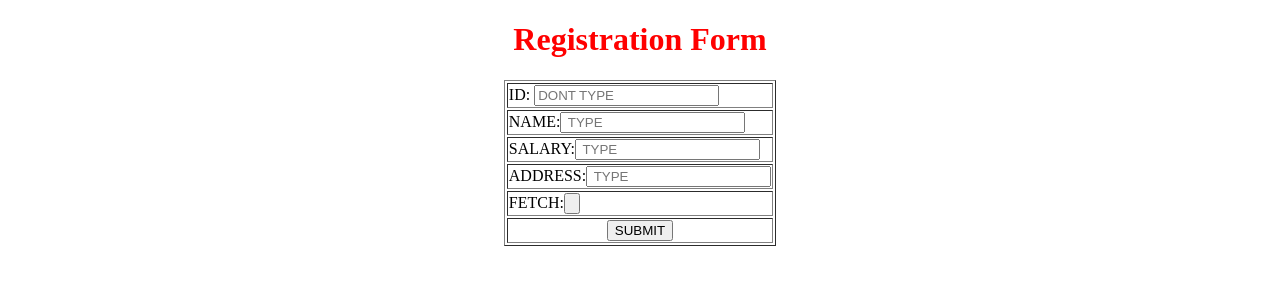
Repository: Amanbadshah/Java-project-
Page: http://localhost/CRUD-SERVLET/
The author's editor kept a copy of each file at every save. The page is drawn from the files as they stood at one save, then again after the next save.
The browser window is 1280 px wide. The pictures show the whole page.
The page is served by Tomcat 9.

Above is the page before, as saved 2022-06-01 08:49:13.

After the next save:
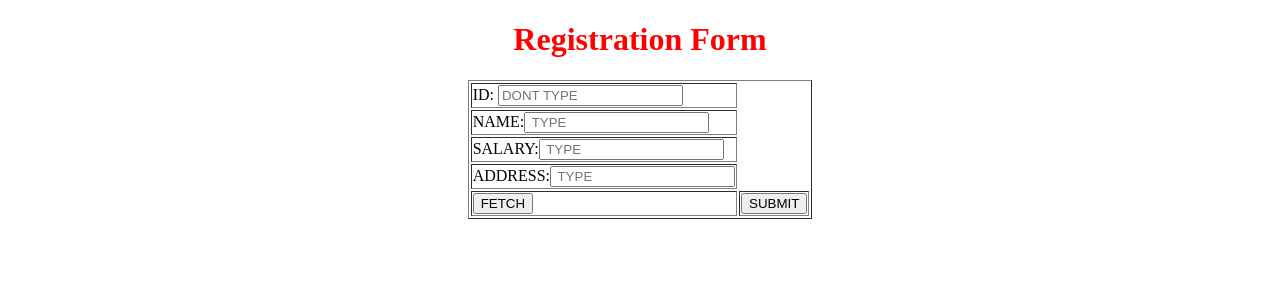
Saved 83 s later.
--- a/CRUD-SERVLET/src/main/webapp/index.jsp
+++ b/CRUD-SERVLET/src/main/webapp/index.jsp
@@ -26,9 +26,8 @@
 <td> ADDRESS:<input type="text" name="address"  placeholder=" TYPE "required="required">
 </td>
 </tr>
-<tr>
-<td>FETCH:<input type="button" ></td>
-</tr>
+
+<td><button type="button" >FETCH</button>
 
 
 
